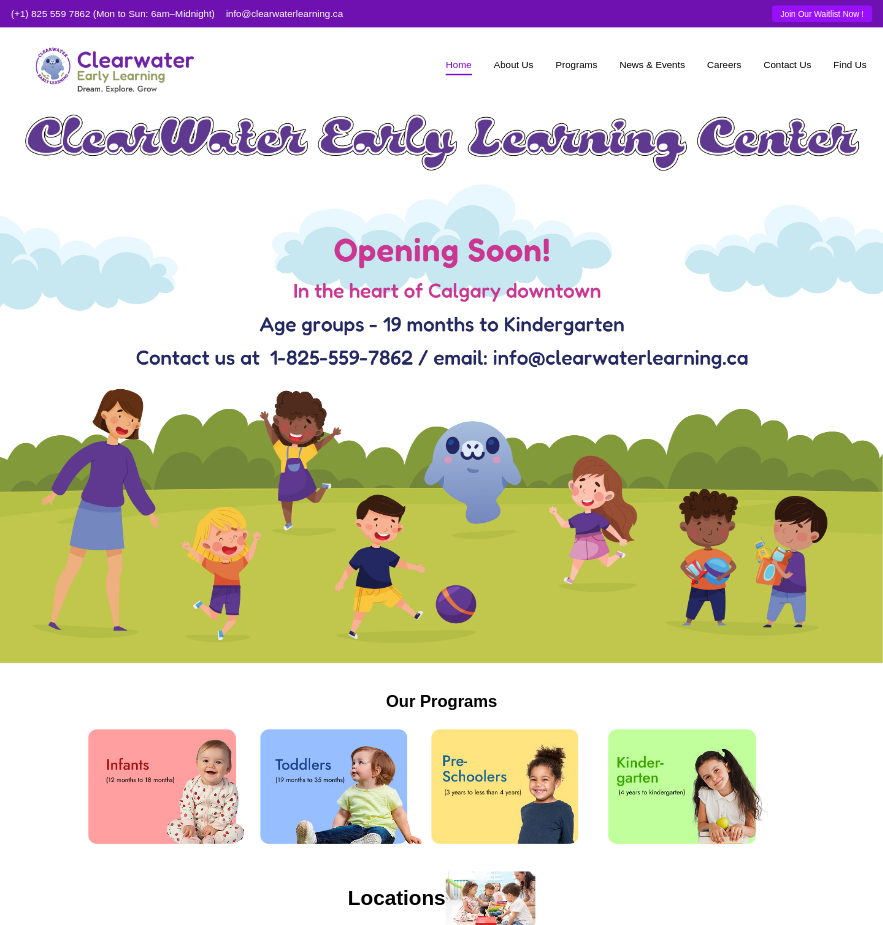
Repository: harshikabodekar/Daycare-Site
Page: /
An editor plug-in stored every save of this project. The page is shown before and after the next save, followed by the edit.
The browser window is 1280 px wide. The pictures show the whole page, at 69% of full size.
The project was rebuilt for these pictures with package versions that can differ from the ones it lists, and the page was loaded fresh each time. The framework's server and built-in components were replaced by stand-ins that run in the browser. Also part of the build but not shown: next.config.mjs.

Above is the page before, as saved 2025-06-23 11:42:02.

After the next save:
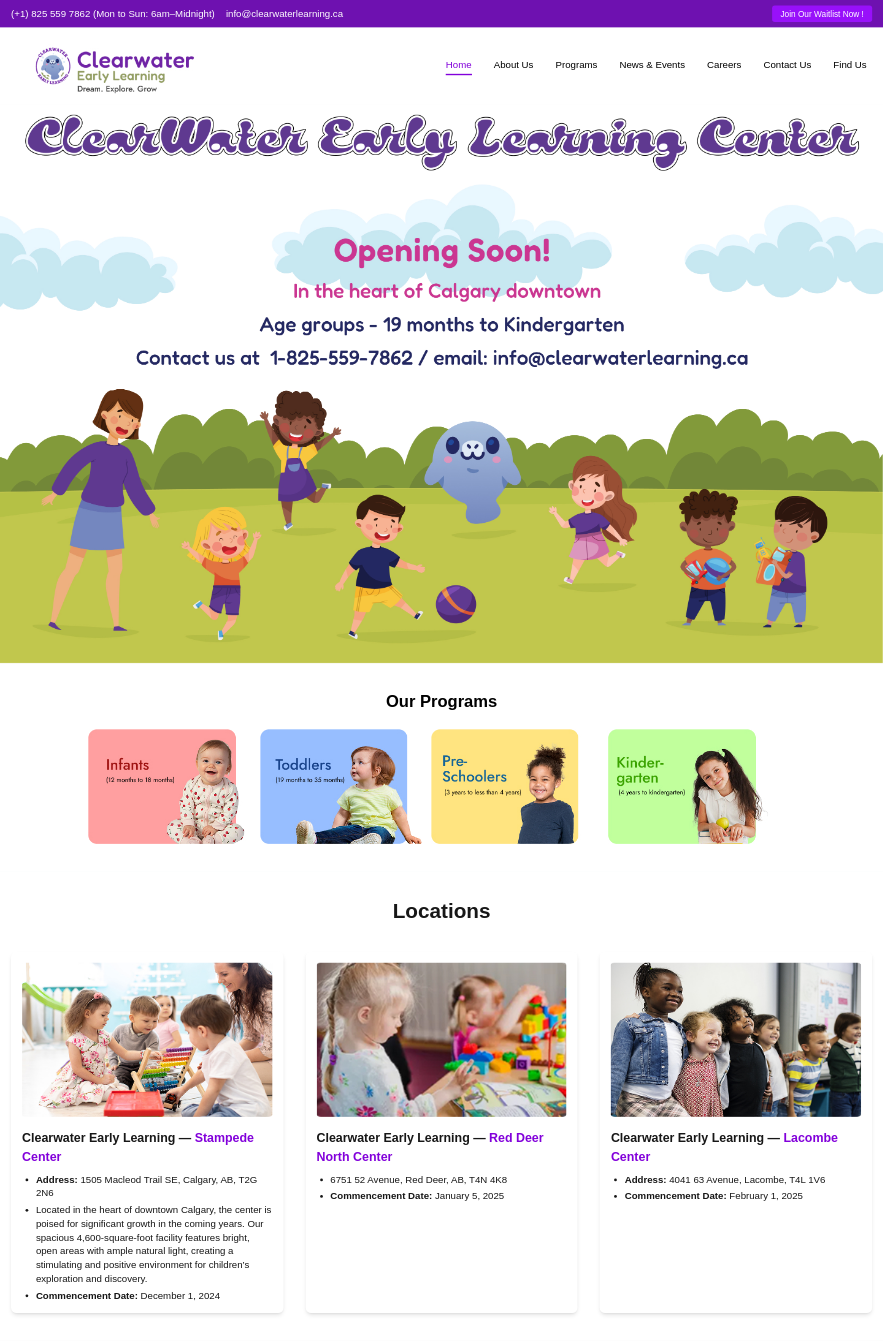
Saved 4 min 51 s later.
--- a/components/home/Location.jsx
+++ b/components/home/Location.jsx
@@ -1,19 +1,90 @@
 import Image from "next/image";
-export default function Location(){
-    return(
-        <div className=" bg-white text-black flex items-center justify-center">
-            <div className=" text-black text-3xl font-bold">
-                Locations
-            </div>
-             <Image
-                    src="/loc1.jpg"
-                    alt="Background"
-                    width={130}
-                    height={130}
-                    className="w--2 h-auto object-cover"
-                    priority
-                  />
 
+export default function Location() {
+  return (
+    <div className="bg-white py-10 px-4">
+      <h2 className="text-3xl font-bold text-center mb-10">Locations</h2>
+
+      <div className="grid grid-cols-1 md:grid-cols-2 lg:grid-cols-3 gap-8 max-w-7xl mx-auto">
+        {/* Card 1 */}
+        <div className="bg-white rounded-lg shadow-md p-4">
+          <Image
+            src="/loc1.jpg"
+            alt="Stampede Center"
+            width={500}
+            height={300}
+            className="w-full h-56 object-cover rounded"
+          />
+          <div className="mt-4">
+            <h3 className="font-bold text-lg">
+              Clearwater Early Learning —{" "}
+              <span className="text-purple-700">Stampede Center</span>
+            </h3>
+            <ul className="list-disc pl-5 text-sm mt-2 space-y-1">
+              <li>
+                <strong>Address:</strong> 1505 Macleod Trail SE, Calgary, AB, T2G 2N6
+              </li>
+              <li>
+                Located in the heart of downtown Calgary, the center is poised for significant
+                growth in the coming years. Our spacious 4,600-square-foot facility features
+                bright, open areas with ample natural light, creating a stimulating and positive
+                environment for children’s exploration and discovery.
+              </li>
+              <li>
+                <strong>Commencement Date:</strong> December 1, 2024
+              </li>
+            </ul>
+          </div>
         </div>
-    )
+
+        {/* Card 2 */}
+        <div className="bg-white rounded-lg shadow-md p-4">
+          <Image
+            src="/loc2.jpg"
+            alt="Red Deer North Center"
+            width={500}
+            height={300}
+            className="w-full h-56 object-cover rounded"
+          />
+          <div className="mt-4">
+            <h3 className="font-bold text-lg">
+              Clearwater Early Learning —{" "}
+              <span className="text-purple-700">Red Deer North Center</span>
+            </h3>
+            <ul className="list-disc pl-5 text-sm mt-2 space-y-1">
+              <li>6751 52 Avenue, Red Deer, AB, T4N 4K8</li>
+              <li>
+                <strong>Commencement Date:</strong> January 5, 2025
+              </li>
+            </ul>
+          </div>
+        </div>
+
+        {/* Card 3 */}
+        <div className="bg-white rounded-lg shadow-md p-4">
+          <Image
+            src="/loc3.jpg"
+            alt="Lacombe Center"
+            width={500}
+            height={300}
+            className="w-full h-56 object-cover rounded"
+          />
+          <div className="mt-4">
+            <h3 className="font-bold text-lg">
+              Clearwater Early Learning —{" "}
+              <span className="text-purple-700">Lacombe Center</span>
+            </h3>
+            <ul className="list-disc pl-5 text-sm mt-2 space-y-1">
+              <li>
+                <strong>Address:</strong> 4041 63 Avenue, Lacombe, T4L 1V6
+              </li>
+              <li>
+                <strong>Commencement Date:</strong> February 1, 2025
+              </li>
+            </ul>
+          </div>
+        </div>
+      </div>
+    </div>
+  );
 }
